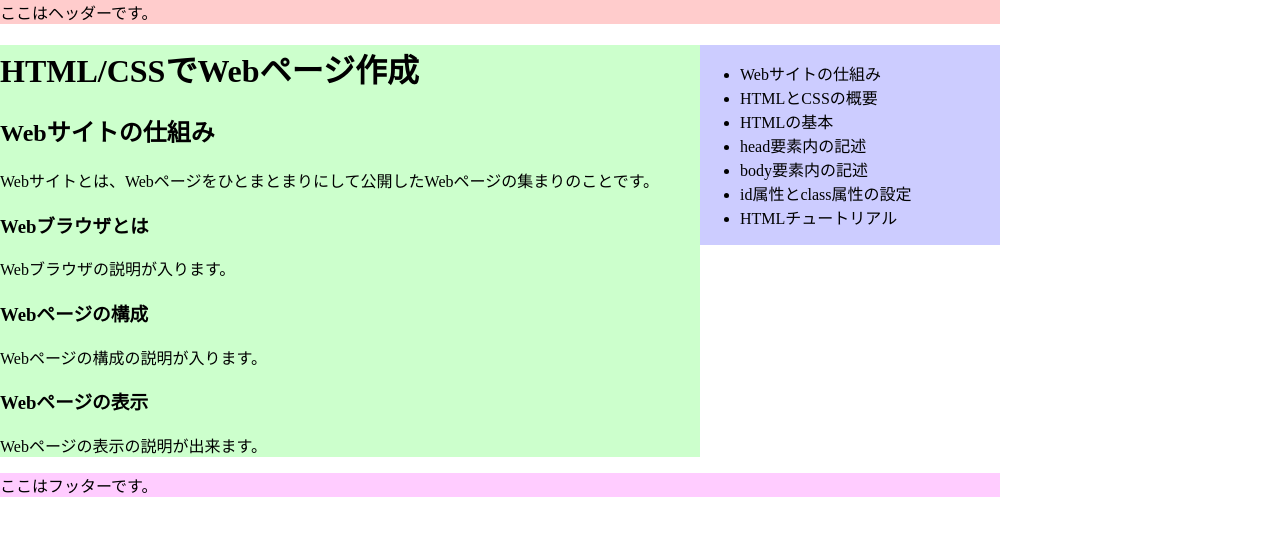
Repository: okugo/kadai-tasklist
Page: kadai-html.html
The author's editor kept a record of every edit. The page is drawn from the files as they stood at one moment, then again after the next edit.
The browser window is 1280 px wide. The pictures show the whole page.

Above is the page before.

After the next edit:
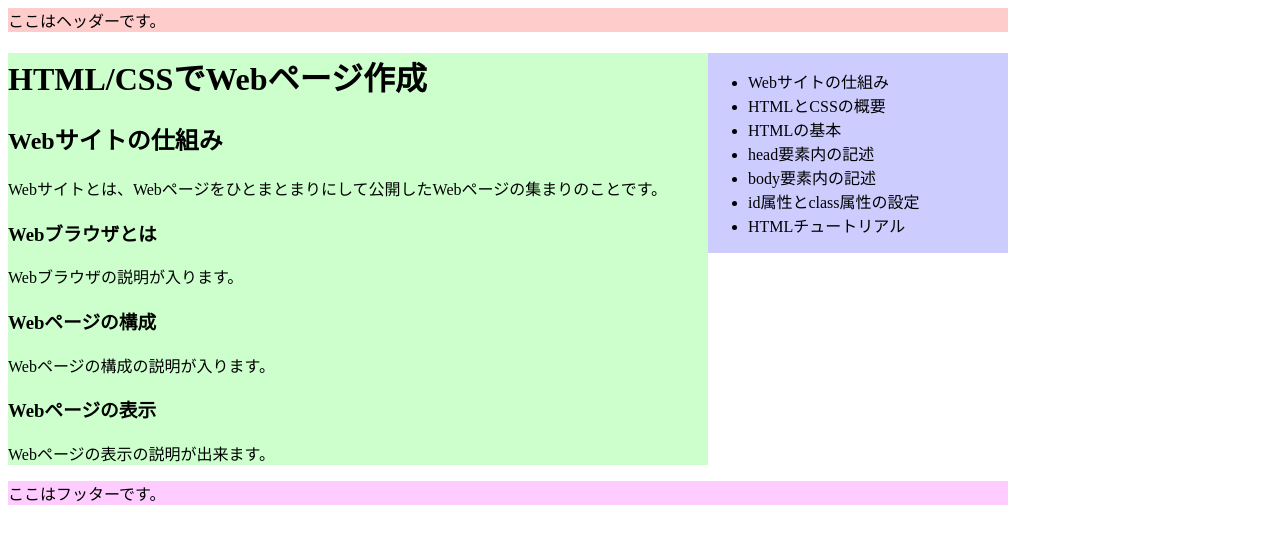
The edit:
--- a/kadai-css.css
+++ b/kadai-css.css
@@ -1,8 +1,6 @@
 @charset "UTF-8";
 body{
     width:1000px;
-    margin:0;
-    padding:0;
     }
 header{
     background-color:#ffcccc;
